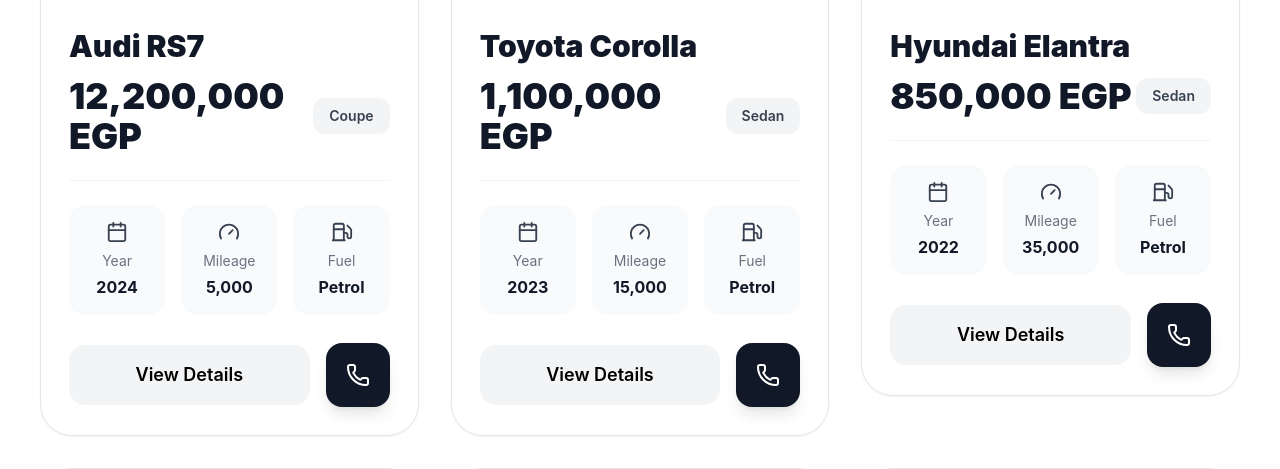
Repository: Hazem-Amr/Car-Price-Prediction
Page: / (app in frontend/)
The author's editor kept a copy of each file at every save. The page is drawn from the files as they stood at one save, then again after the next save.
The browser window is 1280 px wide. The pictures show the part of the page from y = 2647 to 3116 px (the page is 7592 px tall).
Pictures or frames that could not be fetched are drawn as grey boxes. The project was rebuilt for these pictures with package versions that can differ from the ones it lists, and the page was loaded fresh each time. Also part of the build but not shown: frontend/vite.config.js, frontend/src/components/PricePredictorSection.jsx, frontend/src/data/userListings.js, frontend/src/components/CarsFilter.jsx, frontend/src/pages/Cars.jsx, frontend/src/pages/CarDetails.jsx, frontend/src/pages/Brands.jsx, frontend/src/pages/About.jsx and 5 more.

Above is the page before, as saved 2026-05-27 23:27:13.

### frontend/index.html
<!doctype html>
<html lang="en">
  <head>
    <meta charset="UTF-8" />
    <link rel="icon" type="image/svg+xml" href="/favicon.svg" />
    <meta name="viewport" content="width=device-width, initial-scale=1.0" />
    <title>Tara</title>
  </head>
  <body>
    <div id="root"></div>
    <script type="module" src="/src/main.jsx"></script>
  </body>
</html>

### frontend/src/App.jsx
import React from "react";
import { Routes, Route } from "react-router-dom";
import MainLayout from "./layouts/MainLayout";
import Home from "./pages/Home";
import Cars from "./pages/Cars";
import CarDetails from "./pages/CarDetails";
import Brands from "./pages/Brands";
import About from "./pages/About";
import Contact from "./pages/Contact";
import PricePredictor from "./pages/PricePredictor";
import SellCar from "./pages/SellCar";

export default function App() {
  return (
    <Routes>
      <Route path="/" element={<MainLayout />}>
        <Route index element={<Home />} />
        <Route path="/cars" element={<Cars />} />
        <Route path="/cars/:id" element={<CarDetails />} />
        <Route path="/brands" element={<Brands />} />
        <Route path="/price-predictor" element={<PricePredictor />} />
        <Route path="/sell-car" element={<SellCar />} />
        <Route path="/about" element={<About />} />
        <Route path="/contact" element={<Contact />} />
      </Route>
    </Routes>
  );
}

### frontend/src/index.css
@tailwind base;
@tailwind components;
@tailwind utilities;

html,
body,
#root {
  width: 100%;
  min-height: 100%;
  margin: 0;
  padding: 0;
  overflow-x: hidden;
}

body {
  font-family: Inter, sans-serif;
  background: #ffffff;
}

* {
  box-sizing: border-box;
}

### frontend/src/layouts/MainLayout.jsx
import React from "react";
import { Outlet } from "react-router-dom";
import Navbar from "../components/Navbar";
import Footer from "../components/Footer";

export default function MainLayout() {
  return (
    <div className="w-full min-h-screen bg-white overflow-x-hidden">
      <Navbar />

      <main className="w-full">
        <Outlet />
      </main>

      <Footer />
    </div>
  );
}

### frontend/src/pages/Home.jsx
import Hero from "../components/Hero";
import SearchBar from "../components/SearchBar";
import FeaturedCars from "../components/FeaturedCars";
import BrandGrid from "../components/BrandGrid";
import StatsSection from "../components/StatsSection";
import CTASection from "../components/CTASection";
import PricePredictor from "../components/PricePredictorSection";
import BrowseCategories from "../components/BrowseCategories";

export default function Home() {
  return (
    <>
      <Hero />
      <SearchBar />
      <BrowseCategories />
      <FeaturedCars />
      <BrandGrid />
      <StatsSection />
      <CTASection />
    </>
  );
}

### frontend/src/components/Navbar.jsx
import React, { useState } from "react";
import { Link, NavLink } from "react-router-dom";
import { Menu, X } from "lucide-react";
import logo from "../assets/logo.png";

const navLinks = [
  {
    name: "Home",
    path: "/",
  },

  {
    name: "Cars",
    path: "/cars",
  },

  {
    name: "Brands",
    path: "/brands",
  },

  {
    name: "AI Pricing",
    path: "/price-predictor",
  },

  {
    name: "About",
    path: "/about",
  },

  {
    name: "Contact",
    path: "/contact",
  },
];

export default function Navbar() {
  const [isOpen, setIsOpen] = useState(false);

  return (
    <header className="fixed top-0 left-0 w-full z-50 bg-white/90 backdrop-blur-xl border-b border-gray-100">
      <div className="max-w-[1400px] mx-auto px-6 md:px-10">
        <div className="flex items-center justify-between h-24">
          {/* Logo */}
          <Link to="/" className="flex items-center">
            <img src={logo} alt="Tara Logo" className="h-14 object-contain" />
          </Link>

          {/* Desktop Nav */}
          <nav className="hidden lg:flex items-center gap-10">
            {navLinks.map((link) => (
              <NavLink
                key={link.name}
                to={link.path}
                className={({ isActive }) =>
                  `text-lg font-semibold transition-all duration-300 ${
                    isActive
                      ? "text-gray-900"
                      : "text-gray-500 hover:text-gray-900"
                  }`
                }
              >
                {link.name}
              </NavLink>
            ))}

            {/* CTA */}
            <Link to="/sell-car">
              <button className="bg-gray-900 hover:bg-black text-white px-7 py-3 rounded-2xl font-semibold transition-all duration-300 shadow-lg">
                Sell Your Car
              </button>
            </Link>
          </nav>

          {/* Mobile Menu Button */}
          <button
            onClick={() => setIsOpen(!isOpen)}
            className="lg:hidden w-12 h-12 rounded-2xl bg-gray-100 flex items-center justify-center"
          >
            {isOpen ? (
              <X size={26} className="text-gray-900" />
            ) : (
              <Menu size={26} className="text-gray-900" />
            )}
          </button>
        </div>
      </div>

      {/* Mobile Menu */}
      {isOpen && (
        <div className="lg:hidden bg-white border-t border-gray-100 shadow-xl">
          <div className="px-6 py-8 flex flex-col gap-5">
            {navLinks.map((link) => (
              <NavLink
                key={link.name}
                to={link.path}
                onClick={() => setIsOpen(false)}
                className={({ isActive }) =>
                  `text-lg font-semibold transition ${
                    isActive
                      ? "text-gray-900"
                      : "text-gray-500 hover:text-gray-900"
                  }`
                }
              >
                {link.name}
              </NavLink>
            ))}

            {/* Mobile CTA */}
            <Link to="/sell-car" onClick={() => setIsOpen(false)}>
              <button className="mt-4 w-full bg-gray-900 hover:bg-black text-white h-14 rounded-2xl font-semibold transition">
                Sell Your Car
              </button>
            </Link>
          </div>
        </div>
      )}
    </header>
  );
}

### frontend/src/components/Hero.jsx
import React from "react";
import { Link } from "react-router-dom";

export default function Hero() {
  return (
    <section className="w-full bg-[#f5f5f7] py-24 overflow-hidden">
      <div className="max-w-[1400px] mx-auto px-6 md:px-10 grid lg:grid-cols-2 gap-16 items-center">
        <div>
          <h1 className="text-6xl font-black leading-tight text-gray-900 mb-8">
            Find Your
            <br />
            Perfect Car
          </h1>

          <p className="text-xl text-gray-600 leading-9 mb-10">
            Buy and sell used cars easily with a modern marketplace experience.
          </p>

          <Link to="/cars">
            <button className="bg-[#111827] hover:bg-black text-white px-8 py-5 rounded-2xl text-lg font-semibold transition-all duration-300 shadow-lg">
              Browse Cars
            </button>
          </Link>
        </div>

        <div>
          <img
            src="https://images.unsplash.com/photo-1492144534655-ae79c964c9d7"
            alt="car"
            className="w-full h-[500px] object-cover rounded-[40px] shadow-2xl"
          />
        </div>
      </div>
    </section>
  );
}

### frontend/src/components/SearchBar.jsx
import React, { useState } from "react";
import { Search } from "lucide-react";
import { useNavigate } from "react-router-dom";

import { cars } from "../data/cars";

export default function SearchBar() {
  const [search, setSearch] = useState("");
  const [brand, setBrand] = useState("");

  const navigate = useNavigate();

  // Dynamic Brands From cars.js
  const brands = [...new Set(cars.map((car) => car.name.split(" ")[0]))];

  // Handle Search
  const handleSearch = () => {
    navigate(
      `/cars?search=${encodeURIComponent(
        search,
      )}&brand=${encodeURIComponent(brand)}`,
    );
  };

  return (
    <section className="relative -mt-16 z-20">
      <div className="max-w-[1200px] mx-auto px-6">
        {/* Container */}
        <div className="bg-white rounded-[32px] shadow-2xl border border-gray-100 p-6 md:p-8">
          {/* Search Grid */}
          <div className="grid grid-cols-1 md:grid-cols-4 gap-5 items-center">
            {/* Search Input */}
            <div className="md:col-span-2">
              <input
                type="text"
                placeholder="Search cars..."
                value={search}
                onChange={(e) => setSearch(e.target.value)}
                onKeyDown={(e) => e.key === "Enter" && handleSearch()}
                className="w-full h-16 rounded-2xl border border-gray-200 px-6 text-lg outline-none focus:border-gray-900 transition"
              />
            </div>

            {/* Dynamic Brand Select */}
            <select
              value={brand}
              onChange={(e) => setBrand(e.target.value)}
              className="h-16 rounded-2xl border border-gray-200 px-5 text-lg outline-none focus:border-gray-900 transition bg-white"
            >
              <option value="">Brand</option>

              {brands.map((brandName) => (
                <option key={brandName} value={brandName}>
                  {brandName}
                </option>
              ))}
            </select>

            {/* Search Button */}
            <button
              onClick={handleSearch}
              className="h-16 rounded-2xl bg-gray-900 hover:bg-black transition text-white font-semibold text-lg flex items-center justify-center gap-3 shadow-lg"
            >
              <Search size={22} />
              Search
            </button>
          </div>

          {/* Bottom Filters */}
          <div className="flex flex-wrap items-center gap-4 mt-6">
            <button
              onClick={() => navigate("/cars?search=suv")}
              className="px-5 py-2 rounded-full bg-gray-100 hover:bg-gray-900 hover:text-white transition font-medium"
            >
              SUV
            </button>

            <button
              onClick={() => navigate("/cars?search=sedan")}
              className="px-5 py-2 rounded-full bg-gray-100 hover:bg-gray-900 hover:text-white transition font-medium"
            >
              Sedan
            </button>

            <button
              onClick={() => navigate("/cars?search=automatic")}
              className="px-5 py-2 rounded-full bg-gray-100 hover:bg-gray-900 hover:text-white transition font-medium"
            >
              Automatic
            </button>

            <button
              onClick={() => navigate("/cars")}
              className="px-5 py-2 rounded-full bg-gray-100 hover:bg-gray-900 hover:text-white transition font-medium"
            >
              Used Cars
            </button>
          </div>
        </div>
      </div>
    </section>
  );
}

### frontend/src/components/FeaturedCars.jsx
import React, { useState } from "react";
import { Link } from "react-router-dom";
import CarCard from "./CarCard";
import { cars } from "../data/cars";

const tabs = [
  {
    id: "all",
    label: "Featured Cars",
  },

  {
    id: "latest",
    label: "Latest Listings",
  },

  {
    id: "luxury",
    label: "Luxury Cars",
  },

  {
    id: "budget",
    label: "Budget Cars",
  },
];

export default function FeaturedCars() {
  const [activeTab, setActiveTab] = useState("all");

  const filteredCars =
    activeTab === "all"
      ? cars
      : cars.filter((car) => car.category === activeTab);

  return (
    <section className="py-24 bg-white">
      <div className="max-w-[1400px] mx-auto px-6 md:px-10">
        {/* Header */}
        <div className="flex flex-col lg:flex-row lg:items-center lg:justify-between gap-8 mb-14">
          {/* Title */}
          <div>
            <h2 className="text-5xl font-black text-gray-900 mb-4">
              Explore Cars
            </h2>

            <p className="text-xl text-gray-500">
              Discover premium listings tailored for you
            </p>
          </div>

          {/* Tabs */}
          <div className="flex flex-wrap gap-4">
            {tabs.map((tab) => (
              <button
                key={tab.id}
                onClick={() => setActiveTab(tab.id)}
                className={`px-6 py-3 rounded-2xl font-semibold transition-all duration-300 ${
                  activeTab === tab.id
                    ? "bg-gray-900 text-white shadow-lg"
                    : "bg-gray-100 text-gray-700 hover:bg-gray-100 hover:text-gray-900"
                }`}
              >
                {tab.label}
              </button>
            ))}
          </div>
        </div>

        {/* Cars Grid */}
        <div className="grid grid-cols-1 md:grid-cols-2 xl:grid-cols-3 gap-8">
          {filteredCars.map((car) => (
            <div
              key={car.id}
              className="hover:-translate-y-2 transition duration-300"
            >
              <CarCard car={car} />
            </div>
          ))}
        </div>

        {/* Bottom CTA */}
        <div className="flex justify-center mt-16">
          <Link to="/cars">
            <button className="bg-gray-100 hover:bg-gray-900 hover:text-white transition-all duration-300 px-8 py-4 rounded-2xl font-semibold text-lg">
              View All Cars
            </button>
          </Link>
        </div>
      </div>
    </section>
  );
}

### frontend/src/components/StatsSection.jsx
import React from "react";
import { Car, Users, BadgeCheck, Headphones } from "lucide-react";

const stats = [
  {
    value: "25K+",
    label: "Cars Listed",
    icon: Car,
  },
  {
    value: "10K+",
    label: "Happy Clients",
    icon: Users,
  },
  {
    value: "120+",
    label: "Brands",
    icon: BadgeCheck,
  },
  {
    value: "24/7",
    label: "Support",
    icon: Headphones,
  },
];

export default function StatsSection() {
  return (
    <section className="py-24 bg-[#f5f5f7]">
      <div className="max-w-[1400px] mx-auto px-6 md:px-10">
        {/* Header */}
        <div className="text-center mb-16">
          <h2 className="text-5xl font-black text-gray-900 mb-5">
            Trusted By Thousands
          </h2>

          <p className="text-xl text-gray-500">
            Egypt's leading car marketplace platform
          </p>
        </div>

        {/* Stats */}
        <div className="grid grid-cols-1 sm:grid-cols-2 lg:grid-cols-4 gap-8">
          {stats.map((item) => {
            const Icon = item.icon;

            return (
              <div
                key={item.label}
                className="bg-white rounded-3xl p-10 shadow-sm border border-gray-100 hover:shadow-2xl hover:-translate-y-2 transition-all duration-300"
              >
                {/* Icon */}
                <div className="w-16 h-16 rounded-2xl bg-gray-100 flex items-center justify-center mb-8">
                  <Icon size={32} className="text-gray-900" />
                </div>

                {/* Number */}
                <h3 className="text-5xl font-black text-gray-900 mb-4">
                  {item.value}
                </h3>

                {/* Label */}
                <p className="text-gray-500 text-lg">{item.label}</p>
              </div>
            );
          })}
        </div>
      </div>
    </section>
  );
}

### frontend/src/components/CTASection.jsx
import React from "react";
import { Link } from "react-router-dom";
import ctaCar from "../assets/cta-car.png";

export default function CTASection() {
  return (
    <section className="py-24 bg-white overflow-hidden">
      <div className="max-w-[1400px] mx-auto px-6 md:px-10">
        {/* CTA Card */}
        <div className="relative overflow-hidden rounded-[40px] bg-gradient-to-br from-[#0f172a] via-[#111827] to-[#1e293b] px-10 py-20 md:px-20">
          {/* Background Glow */}
          <div className="absolute top-0 right-0 w-[500px] h-[500px] bg-blue-500/10 rounded-full blur-3xl"></div>

          {/* Grid */}
          <div className="relative z-10 grid lg:grid-cols-2 gap-10 items-center">
            {/* LEFT CONTENT */}
            <div>
              {/* Badge */}
              <div className="inline-flex items-center gap-2 bg-white/10 backdrop-blur px-5 py-2 rounded-full text-white text-sm font-medium mb-8">
                Premium Marketplace
              </div>

              {/* Heading */}
              <h2 className="text-5xl md:text-6xl font-black text-white leading-tight mb-8">
                Ready To Find
                <br />
                Your Dream Car?
              </h2>

              {/* Text */}
              <p className="text-xl text-gray-300 leading-9 mb-12 max-w-2xl">
                Browse thousands of verified premium listings from trusted
                dealers across Egypt.
              </p>

              {/* Buttons */}
              <div className="flex flex-wrap gap-5">
                {/* Explore Cars */}
                <Link to="/cars">
                  <button className="bg-white text-gray-900 hover:bg-gray-200 transition-all duration-300 px-8 py-5 rounded-2xl text-lg font-semibold shadow-xl">
                    Explore Cars
                  </button>
                </Link>

                {/* Sell Your Car */}
                <Link to="/sell-car">
                  <button className="bg-white/10 hover:bg-white hover:text-gray-900 text-white transition-all duration-300 px-8 py-5 rounded-2xl text-lg font-semibold backdrop-blur border border-white/10">
                    Sell Your Car
                  </button>
                </Link>
              </div>
            </div>

            {/* RIGHT SIDE */}
            <div className="relative hidden lg:flex items-center justify-center">
              {/* Large Glow */}
              <div className="absolute w-[500px] h-[500px] bg-blue-500/20 blur-3xl rounded-full"></div>

              {/* Car PNG */}
              <img
                src={ctaCar}
                alt="Luxury Car"
                className="relative z-10 w-[720px] object-contain drop-shadow-[0_40px_80px_rgba(0,0,0,0.55)] hover:scale-105 transition duration-700"
              />

              {/* Floating Card */}
              <div className="absolute bottom-10 left-0 bg-white rounded-3xl px-6 py-5 shadow-2xl z-20">
                <p className="text-gray-500 text-sm mb-1">Premium Listings</p>

                <h3 className="text-4xl font-black text-gray-900">25K+</h3>
              </div>

              {/* Floating Badge */}
              <div className="absolute top-16 right-10 bg-white/10 backdrop-blur border border-white/10 text-white px-5 py-3 rounded-2xl z-20">
                Verified Dealers
              </div>
            </div>
          </div>
        </div>
      </div>
    </section>
  );
}

### frontend/src/data/cars.js
export const cars = [
  {
    id: 1,
    name: "BMW X5 2024",
    price: "6,850,000 EGP",
    image:
      "https://media.ed.edmunds-media.com/bmw/x5/2024/oem/2024_bmw_x5_4dr-suv_xdrive40i_fq_oem_1_815.jpg",
    year: 2024,
    km: "10,000",
    transmission: "Automatic",
    bodyType: "SUV",
    fuelType: "Petrol",
    color: "Blue",
    condition: "Excellent",
    phone: "+201012345678",
  },

  {
    id: 2,
    name: "Mercedes C200",
    price: "4,200,000 EGP",
    image:
      "https://legion-images.hatla2ee.com/original_image/3497b43a-1a5c-475b-a8b5-821b7f71e9b2/large.jpg",
    year: 2023,
    km: "20,000",
    transmission: "Automatic",
    bodyType: "Sedan",
    fuelType: "Petrol",
    color: "Silver",
    condition: "Excellent",
    phone: "+201098765432",
  },

  {
    id: 3,
    name: "Kia Sportage",
    price: "1,850,000 EGP",
    image: "https://cdn.motor1.com/images/mgl/133GM/s1/2022-kia-sportage.jpg",
    year: 2022,
    km: "40,000",
    transmission: "Automatic",
    bodyType: "SUV",
    fuelType: "Petrol",
    color: "Dark blue",
    condition: "Good",
    phone: "+201011122233",
  },

  {
    id: 4,
    name: "Audi RS7",
    price: "12,200,000 EGP",
    image:
      "https://platform.cstatic-images.com/in/v2/stock_photos/72330740-8105-498b-987c-46354017d84c/c6452ec9-9a91-4b72-b6c9-63858634519f.png",
    year: 2024,
    km: "5,000",
    transmission: "Automatic",
    bodyType: "Coupe",
    fuelType: "Petrol",
    color: "white",
    condition: "Excellent",
    phone: "+201055566677",
  },

  {
    id: 5,
    name: "Toyota Corolla",
    price: "1,100,000 EGP",
    image:
      "https://hips.hearstapps.com/mtg-prod/65a4c115adb8a40008364496/015-2023-toyota-corolla-hybrid-in-action.jpg",
    year: 2023,
    km: "15,000",
    transmission: "Automatic",
    bodyType: "Sedan",
    fuelType: "Petrol",
    color: "Magnetic gray",
    condition: "Excellent",
    phone: "+201022233344",
  },

  {
    id: 6,
    name: "Hyundai Elantra",
    price: "850,000 EGP",
    image: "https://images.unsplash.com/photo-1549399542-7e3f8b79c341",
    year: 2022,
    km: "35,000",
    transmission: "Automatic",
    bodyType: "Sedan",
    fuelType: "Petrol",
    color: "Blue",
    condition: "Good",
    phone: "+201077788899",
  },

  {
    id: 7,
    name: "Porsche Cayenne",
    price: "4,100,000 EGP",
    image: "https://images.unsplash.com/photo-1502161254066-6c74afbf07aa",
    year: 2024,
    km: "2,000",
    transmission: "Automatic",
    bodyType: "SUV",
    fuelType: "Petrol",
    color: "Black",
    condition: "Excellent",
    phone: "+201066677788",
  },

  {
    id: 8,
    name: "Range Rover Sport",
    price: "5,300,000 EGP",
    image: "https://images.unsplash.com/photo-1511919884226-fd3cad34687c",
    year: 2024,
    km: "1,000",
    transmission: "Automatic",
    bodyType: "SUV",
    fuelType: "Hybrid",
    color: "White",
    condition: "Excellent",
    phone: "+201044455566",
  },

  {
    id: 9,
    name: "Nissan Sunny",
    price: "690,000 EGP",
    image: "https://images.unsplash.com/photo-1489824904134-891ab64532f1",
    year: 2021,
    km: "55,000",
    transmission: "Automatic",
    bodyType: "Sedan",
    fuelType: "Petrol",
    color: "Silver",
    condition: "Fair",
    phone: "+201099988877",
  },

  {
    id: 10,
    name: "Chevrolet Captiva",
    price: "980,000 EGP",
    image: "https://images.unsplash.com/photo-1494976388531-d1058494cdd8",
    year: 2023,
    km: "18,000",
    transmission: "Automatic",
    bodyType: "SUV",
    fuelType: "Petrol",
    color: "Gray",
    condition: "Excellent",
    phone: "+201033344455",
  },

  {
    id: 11,
    name: "Tesla Model S",
    price: "3,900,000 EGP",
    image: "https://images.unsplash.com/photo-1503736334956-4c8f8e92946d",
    year: 2024,
    km: "3,000",
    transmission: "Automatic",
    bodyType: "Sedan",
    fuelType: "Electric",
    color: "Black",
    condition: "Excellent",
    phone: "+201088899900",
  },

  {
    id: 12,
    name: "Volkswagen Golf GTI",
    price: "1,450,000 EGP",
    image: "https://images.unsplash.com/photo-1544636331-e26879cd4d9b",
    year: 2022,
    km: "25,000",
    transmission: "Automatic",
    bodyType: "Hatchback",
    fuelType: "Petrol",
    color: "Red",
    condition: "Good",
    phone: "+201011199988",
  },
];

Loaded but not shown: frontend/src/main.jsx (common file); frontend/tailwind.config.js (common file); frontend/src/components/BrandGrid.jsx (154 lines, source omitted); frontend/src/components/Footer.jsx (125 lines, source omitted); frontend/src/components/CarCard.jsx (112 lines, source omitted); frontend/src/components/BrowseCategories.jsx (160 lines, source omitted)

After the next save:
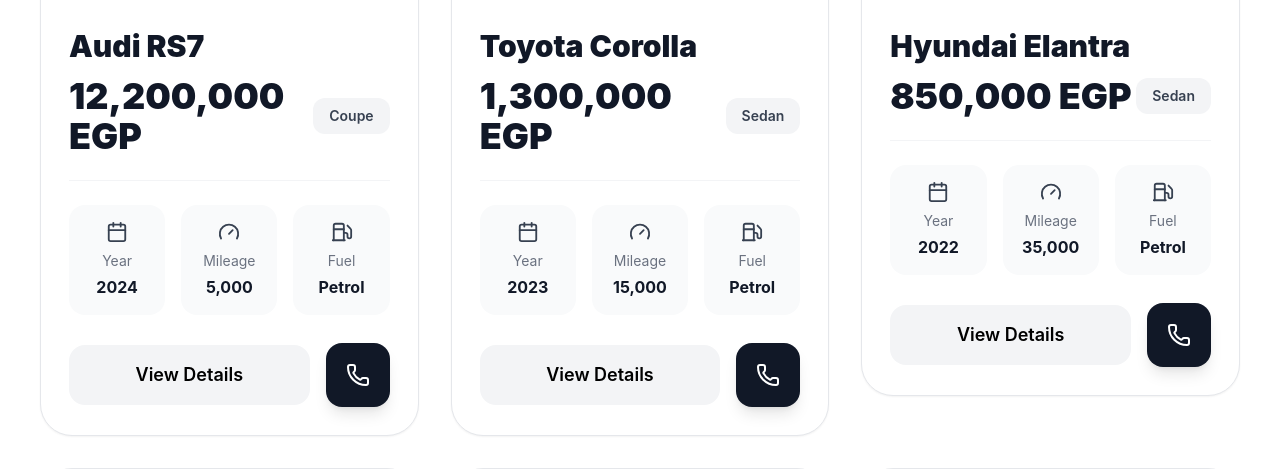
Saved 25 s later.
--- a/frontend/src/data/cars.js
+++ b/frontend/src/data/cars.js
@@ -65,7 +65,7 @@
   {
     id: 5,
     name: "Toyota Corolla",
-    price: "1,100,000 EGP",
+    price: "1,300,000 EGP",
     image:
       "https://hips.hearstapps.com/mtg-prod/65a4c115adb8a40008364496/015-2023-toyota-corolla-hybrid-in-action.jpg",
     year: 2023,
